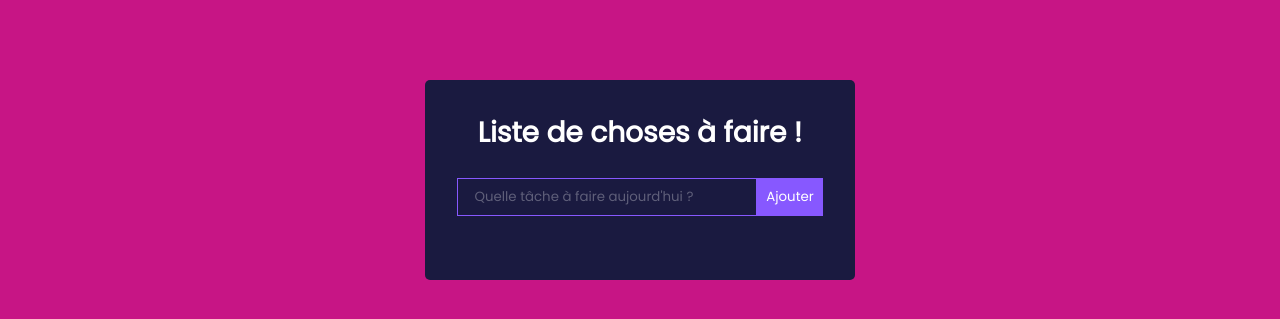
Repository: Loetitia27006/todo_list
Page: /
These files come from the project's save history. The page is drawn as it stood at one moment and after the next save; the edit follows.
The browser window is 1280 px wide. The pictures show the whole page.
The project was rebuilt for these pictures with package versions that can differ from the ones it lists, and the page was loaded fresh each time. Also part of the build but not shown: src/components/EditTodoForm.js, src/components/Todo.js.

Above is the page before, as saved 2023-08-18 17:32:57.

### public/index.html
<!DOCTYPE html>
<html lang="en">
  <head>
    <meta charset="utf-8" />
    <link rel="icon" href="%PUBLIC_URL%/logo-black.svg" />
    <meta name="viewport" content="width=device-width, initial-scale=1" />
    <meta name="theme-color" content="#000000" />
    <meta
      name="description"
      content="Web site created using create-react-app"
    />
    <link rel="apple-touch-icon" href="%PUBLIC_URL%/logo-black.svg" />
    <!--
      manifest.json provides metadata used when your web app is installed on a
      user's mobile device or desktop. See https://developers.google.com/web/fundamentals/web-app-manifest/
    -->
    <link rel="manifest" href="%PUBLIC_URL%/manifest.json" />
    <!--
      Notice the use of %PUBLIC_URL% in the tags above.
      It will be replaced with the URL of the `public` folder during the build.
      Only files inside the `public` folder can be referenced from the HTML.

      Unlike "/favicon.ico" or "favicon.ico", "%PUBLIC_URL%/favicon.ico" will
      work correctly both with client-side routing and a non-root public URL.
      Learn how to configure a non-root public URL by running `npm run build`.
    -->
    <title>Todo List</title>
  </head>
  <body>
    <noscript>You need to enable JavaScript to run this app.</noscript>
    <div id="root"></div>
    <!--
      This HTML file is a template.
      If you open it directly in the browser, you will see an empty page.

      You can add webfonts, meta tags, or analytics to this file.
      The build step will place the bundled scripts into the <body> tag.

      To begin the development, run `npm start` or `yarn start`.
      To create a production bundle, use `npm run build` or `yarn build`.
    -->
  </body>
</html>

### src/App.css
@import url('https://fonts.googleapis.com/css2?family=Poppins&display=swap');

* {
  font-family: 'Poppins', sans-serif;
  margin: 0;
  padding: 0;
  box-sizing: border-box;
}

body {
  background: #C71585;
  display: flex;
  justify-content: center;
  align-items: center;
}

.App {
  text-align: center;
}

h1 {
  color: #fff;
  margin-bottom: 0.5rem;
  font-size: 1.75rem;
}

.TodoWrapper {
  background: #1A1A40;
  margin-top: 5rem;
  padding: 2rem;
  border-radius: 5px;
}

.TodoForm {
  width: 100%;
}

.todo-input {
  outline: none;
  background: none;
  border: 1px solid #8758ff;
  padding: 0.5rem 1rem;
  margin-top: 1rem;
  margin-bottom: 2rem;
  width: 300px;
  color: #fff;
}

.todo-input::placeholder {
  color: #ffffff4d;
}

.todo-btn {
  background: #8758ff;
  color: #fff;
  border: none;
  padding: 0.55rem;
  cursor: pointer;

}

.Todo {
  display: flex;
  justify-content: space-between;
  align-items: center;
  background: #8758ff;
  color: #fff;
  padding: 0.75rem 1rem;
  border-radius: 5px;
  margin-bottom: 1rem;
  cursor: pointer;
}

.fa-trash {
  margin-left: 0.75rem;
}

.completed {
  color: #c5aeff;
  text-decoration: line-through;
}

### src/components/TodoWrapper.js
import React, {useState} from 'react'
import { TodoForm } from './TodoForm'
import { EditTodoForm } from './EditTodoForm'
import { v4 as uuidv4 } from 'uuid'
import { Todo } from './Todo'
uuidv4()

export const TodoWrapper = () => {

    const [todos, setTodos] = useState([])

    const addTodo = todo =>{
        setTodos([...todos, {id: uuidv4(), task: todo,
        completed: false, isEditing: false}])
        console.log(todos)
    }

    const toggleComplete = id =>{
      setTodos(todos.map(todo => todo.id === id ? {...todo, completed: !todo.completed} : todo))
    }

    const deleteTodo = id => {
      setTodos(todos.filter(todo => todo.id !== id))
    }

    const editTodo = id => {
      setTodos(todos.map(todo => todo.id === id ? {...todo, isEditing: !todo.isEditing}: todo));
    }

    const editTask = (task, id) => {
      setTodos(todos.map(todo => todo.id === id ? {...todo, task, isEditing: !todo.isEditing}: todo));
    }

  return (
    <div className="TodoWrapper">
      <h1>Liste de choses à faire !</h1>
      <TodoForm addTodo={addTodo} />
      {todos.map((todo, index) => (
        todo.isEditing ?(<EditTodoForm editTodo={editTask} task={todo}/>
        ):(
        <Todo task={todo} key={index} toggleComplete={toggleComplete}
        deleteTodo={deleteTodo} editTodo={editTodo}/>
        )
      ))}
    </div>
  );
}

### src/components/TodoForm.js
import React, {useState} from 'react'

export const TodoForm = ({addTodo}) => {

    const [value, setValue] = useState("")
    const handleSubmit = e => {
        e.preventDefault()
        addTodo(value)
        setValue("")
    }

  return (
    <form className='Todoform' onSubmit={handleSubmit}>
        <input type="text" className='todo-input' value={value} placeholder="Quelle tâche à faire aujourd'hui ?"
        onChange={(e)=>setValue(e.target.value)}/>
        <button type='submit' className='todo-btn'>Ajouter</button>
    </form>
  )
}

Loaded but not shown: src/index.js (common file); src/App.js (common file); src/reportWebVitals.js (common file)

After the next save:
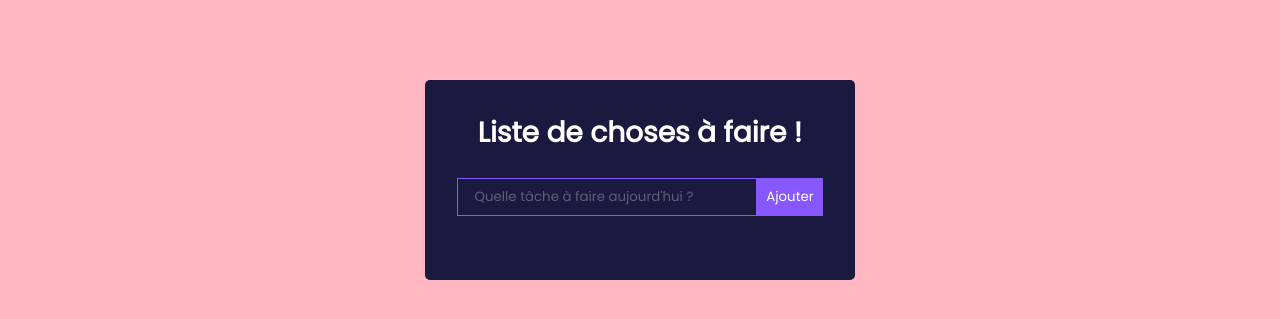
Saved 27 s later.
--- a/src/App.css
+++ b/src/App.css
@@ -8,7 +8,7 @@
 }
 
 body {
-  background: #C71585;
+  background: #FFB6C1;
   display: flex;
   justify-content: center;
   align-items: center;
